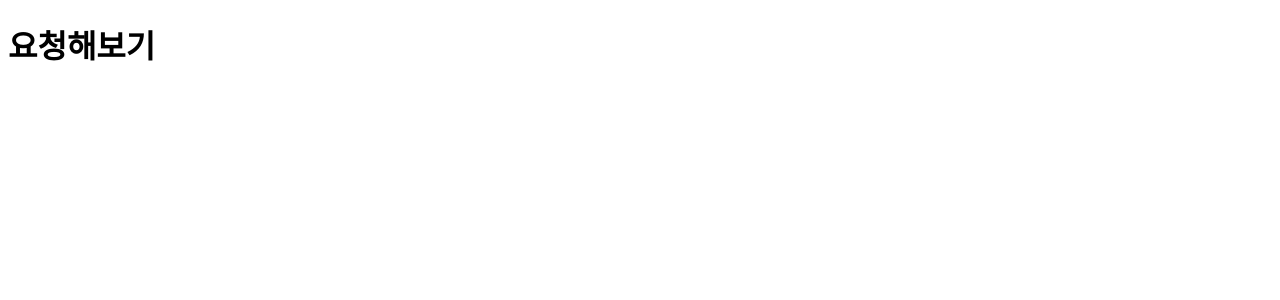
Repository: joeunpyeong/javaA
Page: http://localhost/04.Implicit/Ex01_Request/Ex01_Request.jsp
These files come from the project's save history. The page is drawn as it stood at one moment and after the next save; the edit follows.
The browser window is 1280 px wide. The pictures show the whole page.
The page is served by Tomcat 9. Other server files are loaded and not shown.

Above is the page before, as saved 2023-05-22 01:54:08.

### 04.Implicit/src/main/webapp/Ex01_Request/Ex01_Request.jsp
<%@ page language="java" contentType="text/html; charset=UTF-8"
    pageEncoding="UTF-8"%>
<!DOCTYPE html>
<html>
<head>
<meta charset="UTF-8">
<title>Insert title here</title>
</head>
<body>
<h1>요청해보기</h1>
 <!-- 특정한  Servlet파일(Mapping => "/요청주소") 에 어떠한 정보를 주고 다음 작업을 요청한다. (Client)
 		ex) 네이버에 아이디 비밀번호를 입력하고 로그인 버튼을 누른다. => 로그인 후 작업을 요청한다.
 		webapp(View) : 눈에 보이는 영역의 작업(Html ,Jsp, xmlLayout ...)
 		Java(Controller) : 눈에 안보이지만 View에서 들어온 요청을 처리하는 부분..
 							(Java ,C++,C#,Python, Servlet ... 등의 백엔드 언어)
 		request(Model) : View와 Controller 사이에서 데이터를 전송하는 목적으로 사용하는 객체. (사용하는 로직)
 		MVC 패턴 -  web에서 가장 흔히 그리고 널리 사용되는 디자인 패턴 (V->C->M->V->C->....)
 		-->

 <!-- GET 방식으로 Servlet요청해보기, POST방식으로 Servlet에 요청해보기
 		요청받을 맵핑 => Ex01_Request <=
 		//localhost/imp/Ex01_Request => Servlet파일이 동작

 		폼태그 이용해서 작업해보기.
  -->

</body>
</html>

After the next save:
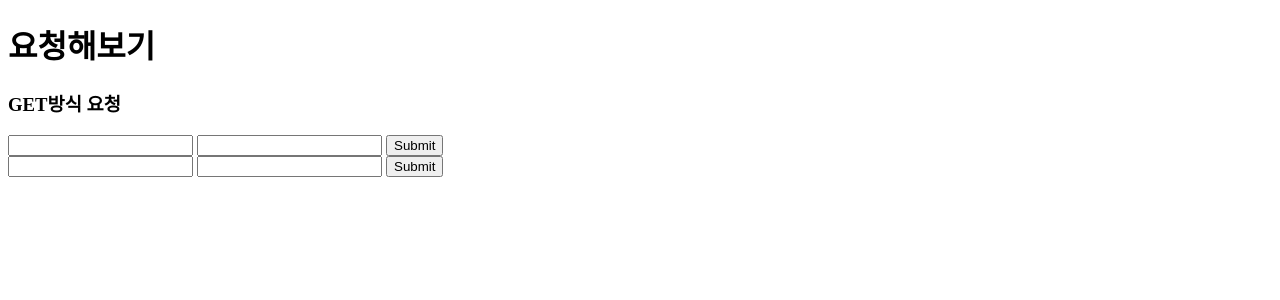
Saved 3 min 51 s later.
--- a/04.Implicit/src/main/webapp/Ex01_Request/Ex01_Request.jsp
+++ b/04.Implicit/src/main/webapp/Ex01_Request/Ex01_Request.jsp
@@ -23,6 +23,19 @@
 
  		폼태그 이용해서 작업해보기.
   -->
+	<h3>GET방식 요청</h3>
+	<form action="Ex03_GetPost" method ="get">
+		<input type="text" name="txt1" id="txt2">
+		<input type="text" name="txt2" id="txt2">
+		<input type="submit">
+	</form>
+	<form action="Ex03_GetPost" method ="post">
+		<input type="text" name="txt1" id="txt2">
+		<input type="text" name="txt2" id="txt2">
+		<input type="submit">
+	</form>
+
+
 
 </body>
 </html>
